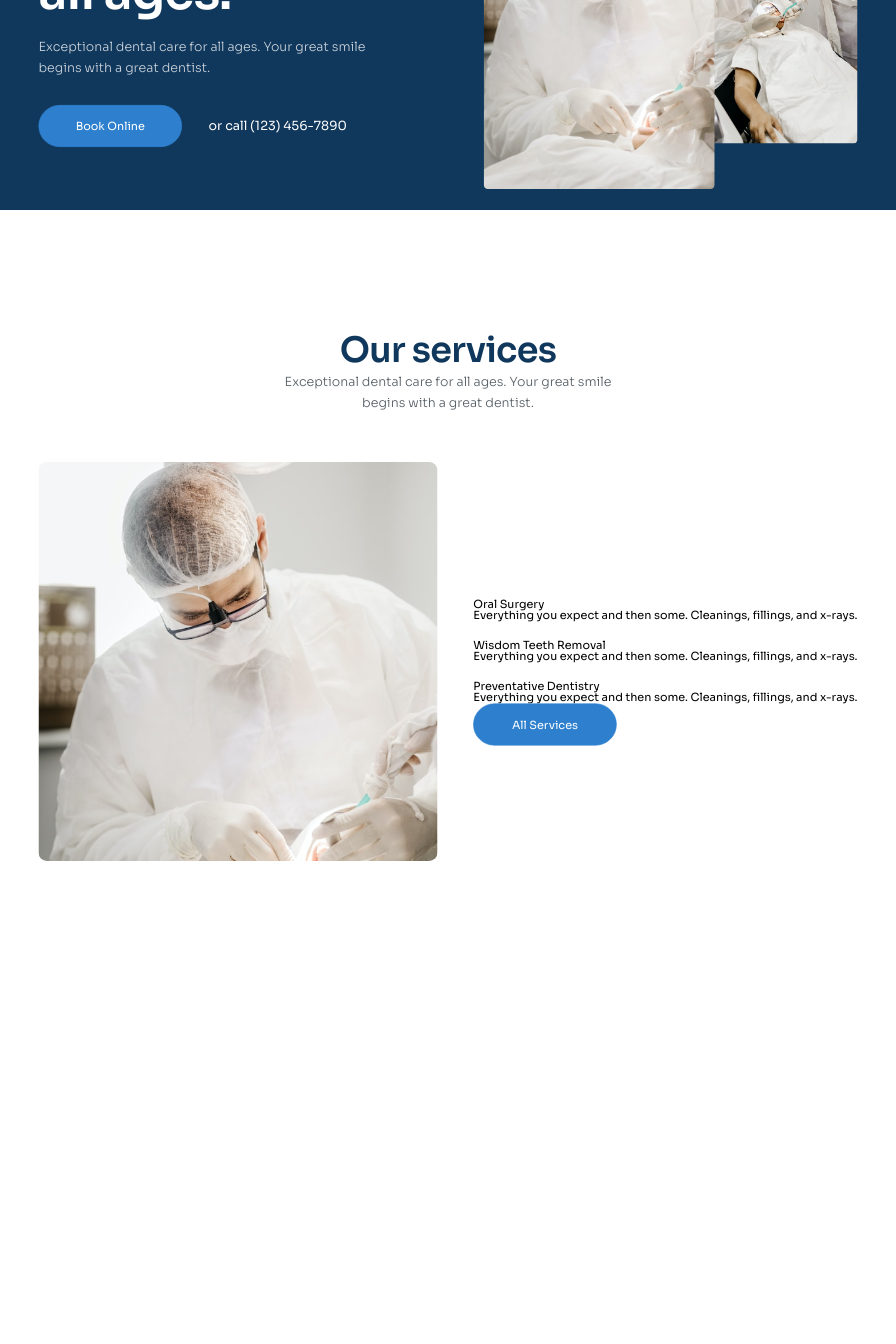
Repository: Tran-Dat/F8_Project_03
Page: index.html
These files come from the project's save history. The page is drawn as it stood at one moment and after the next save; the edit follows.
The browser window is 1280 px wide. The pictures show the part of the page from y = 420 to 2340 px (the page is 3720 px tall), at 70% of full size.

Above is the page before, as saved 2023-04-03 15:08:15.

### index.html
<!DOCTYPE html>
<html lang="en">
    <head>
        <meta charset="UTF-8" />
        <meta http-equiv="X-UA-Compatible" content="IE=edge" />
        <meta name="viewport" content="width=device-width, initial-scale=1.0" />
        <title>shine smile</title>

        <!-- Favicon -->
        <link rel="apple-touch-icon" sizes="57x57" href="./assets/favicon/" />
        <link
            rel="apple-touch-icon"
            sizes="60x60"
            href="./assets/favicon/apple-icon-60x60.png"
        />
        <link
            rel="apple-touch-icon"
            sizes="72x72"
            href="./assets/favicon/apple-icon-72x72.png"
        />
        <link
            rel="apple-touch-icon"
            sizes="76x76"
            href="./assets/favicon/apple-icon-76x76.png"
        />
        <link
            rel="apple-touch-icon"
            sizes="114x114"
            href="./assets/favicon/apple-icon-114x114.png"
        />
        <link
            rel="apple-touch-icon"
            sizes="120x120"
            href="./assets/favicon/apple-icon-120x120.png"
        />
        <link
            rel="apple-touch-icon"
            sizes="144x144"
            href="./assets/favicon/apple-icon-144x144.png"
        />
        <link
            rel="apple-touch-icon"
            sizes="152x152"
            href="./assets/favicon/apple-icon-152x152.png"
        />
        <link
            rel="apple-touch-icon"
            sizes="180x180"
            href="./assets/favicon/apple-icon-180x180.png"
        />
        <link
            rel="icon"
            type="image/png"
            sizes="192x192"
            href="./assets/favicon/android-icon-192x192.png"
        />
        <link
            rel="icon"
            type="image/png"
            sizes="32x32"
            href="./assets/favicon/favicon-32x32.png"
        />
        <link
            rel="icon"
            type="image/png"
            sizes="96x96"
            href="./assets/favicon/favicon-96x96.png"
        />
        <link
            rel="icon"
            type="image/png"
            sizes="16x16"
            href="./assets/favicon/favicon-16x16.png"
        />
        <link rel="manifest" href="./assets/favicon/manifest.json" />
        <meta name="msapplication-TileColor" content="#ffffff" />
        <meta
            name="msapplication-TileImage"
            content="./assets/favicon/ms-icon-144x144.png"
        />
        <meta name="theme-color" content="#ffffff" />

        <!-- Emmet Fonts -->
        <link rel="preconnect" href="https://fonts.googleapis.com" />
        <link rel="preconnect" href="https://fonts.gstatic.com" crossorigin />
        <link
            href="https://fonts.googleapis.com/css2?family=Sora:wght@300;400;500;600;700;800&display=swap"
            rel="stylesheet"
        />

        <!-- Reset Css -->
        <link rel="stylesheet" href="./assets/css/reset.css" />
        <link rel="stylesheet" href="./assets/css/style.css" />
    </head>
    <body>
        <!-- Header -->
        <header class="header">
            <div class="container">
                <!-- Header top -->
                <div class="header-top">
                    <!-- Logo -->
                    <a href="/">
                        <div class="logo">
                            <span class="logo__circle"> </span>
                            <span class="logo__text">
                                <span class="logo__brand">Shine</span>
                                <span class="logo__brand logo__brand--small">
                                    smile
                                </span>
                            </span>
                        </div>
                    </a>

                    <!-- NavBar -->
                    <nav class="navbar">
                        <ul class="navbar__list">
                            <li class="navbar__item">
                                <a
                                    href="#!"
                                    class="navbar__link navbar__item--active"
                                >
                                    Home
                                </a>
                            </li>
                            <li class="navbar__item">
                                <a href="#!" class="navbar__link">Services</a>
                            </li>
                            <li class="navbar__item">
                                <a href="#!" class="navbar__link">About</a>
                            </li>
                            <li class="navbar__item">
                                <a href="#!" class="navbar__link">Doctors</a>
                            </li>
                        </ul>
                    </nav>

                    <!-- Action -->
                    <div class="header-action">
                        <a href="" class="header-action__login">Log In</a>
                        <button href="" class="btn header-action__signup">
                            Sign Up
                        </button>
                    </div>
                </div>

                <!-- Hero -->
                <section class="hero">
                    <!-- Hero content -->
                    <section class="hero__content">
                        <h1 class="hero__heading">
                            Exceptional dental care for all ages.
                        </h1>
                        <p class="hero__desc">
                            Exceptional dental care for all ages. Your great
                            smile begins with a great dentist.
                        </p>
                        <div class="hero__row">
                            <a href="" class="btn">Book Online</a>
                            <span class="hero__phone"
                                >or call (123) 456-7890</span
                            >
                        </div>
                    </section>

                    <!-- Hero media -->
                    <div class="hero__media">
                        <figure class="hero__images">
                            <img
                                src="./assets/img/hero-01.jpg"
                                alt=""
                                class="hero__img"
                            />
                            <img
                                src="./assets/img/hero-02.jpg"
                                alt=""
                                class="hero__img"
                            />
                        </figure>
                    </div>
                </section>
            </div>
        </header>

        <main style="height: 3000px">
            <section class="service">
                <div class="container">
                    <h2 class="service__heading section-heading">
                        Our services
                    </h2>
                    <p class="service__desc section-desc">
                        Exceptional dental care for all ages. Your great smile
                        begins with a great dentist.
                    </p>

                    <div class="service__row">
                        <figure>
                            <img
                                src="./assets/img/hero-01.jpg"
                                alt=""
                                class="service__img"
                            />
                        </figure>

                        <div>
                            <!-- Service List -->
                            <div class="service__list">
                                <!-- Service item 1 -->
                                <section class="service-item">
                                    <div class="service-item__icon-wrap">
                                        <!-- icon -->
                                        <svg
                                            class="service-item__icon"
                                            width="22"
                                            height="24"
                                            viewBox="0 0 22 24"
                                            fill="none"
                                            xmlns="http://www.w3.org/2000/svg"
                                        >
                                            <path
                                                d="M20.3598 2.63964C17.9506 -0.556131 14.2772 -0.568132 11.2481 1.10682C11.001 1.24657 10.7219 1.31411 10.4406 1.30222C10.1592 1.29033 9.88633 1.19945 9.65105 1.03931C8.49552 0.245717 7.29036 -0.316477 5.13904 0.207462C0.623408 1.3071 0 4.90379 0 8.99816C0.0797353 12.1602 0.500857 15.3032 1.25551 18.3683C2.11836 22.0168 3.90382 24 5.43354 24C6.96326 24 7.00963 22.2204 7.00963 20.8016C7.00963 19.2009 7.39505 14.8009 10.8642 14.8009C13.5317 14.8009 14.3333 18.4013 14.3333 20.8016C14.3329 23.095 15.1722 24 16.6628 24C19.5267 24 20.9796 15.3938 21.3719 13.1237C21.7642 10.8535 22.9882 6.12569 20.3598 2.63964Z"
                                                fill="white"
                                            />
                                        </svg>
                                    </div>

                                    <div class="service-item__body">
                                        <h3 class="service-item__heading">
                                            Oral Surgery
                                        </h3>
                                        <p class="service-item__desc">
                                            Everything you expect and then some.
                                            Cleanings, fillings, and x-rays.
                                        </p>
                                    </div>
                                </section>

                                <!-- Service item 2 -->
                                <section class="service-item">
                                    <div class="service-item__icon-wrap">
                                        <!-- icon -->
                                        <svg
                                            class="service-item__icon"
                                            width="22"
                                            height="24"
                                            viewBox="0 0 22 24"
                                            fill="none"
                                            xmlns="http://www.w3.org/2000/svg"
                                        >
                                            <path
                                                d="M20.3598 2.63964C17.9506 -0.556131 14.2772 -0.568132 11.2481 1.10682C11.001 1.24657 10.7219 1.31411 10.4406 1.30222C10.1592 1.29033 9.88633 1.19945 9.65105 1.03931C8.49552 0.245717 7.29036 -0.316477 5.13904 0.207462C0.623408 1.3071 0 4.90379 0 8.99816C0.0797353 12.1602 0.500857 15.3032 1.25551 18.3683C2.11836 22.0168 3.90382 24 5.43354 24C6.96326 24 7.00963 22.2204 7.00963 20.8016C7.00963 19.2009 7.39505 14.8009 10.8642 14.8009C13.5317 14.8009 14.3333 18.4013 14.3333 20.8016C14.3329 23.095 15.1722 24 16.6628 24C19.5267 24 20.9796 15.3938 21.3719 13.1237C21.7642 10.8535 22.9882 6.12569 20.3598 2.63964Z"
                                                fill="white"
                                            />
                                        </svg>
                                    </div>

                                    <div class="service-item__body">
                                        <h3 class="service-item__heading">
                                            Wisdom Teeth Removal
                                        </h3>
                                        <p class="service-item__desc">
                                            Everything you expect and then some.
                                            Cleanings, fillings, and x-rays.
                                        </p>
                                    </div>
                                </section>

                                <!-- Service item 3 -->
                                <section class="service-item">
                                    <div class="service-item__icon-wrap">
                                        <!-- icon -->
                                        <svg
                                            class="service-item__icon"
                                            width="22"
                                            height="24"
                                            viewBox="0 0 22 24"
                                            fill="none"
                                            xmlns="http://www.w3.org/2000/svg"
                                        >
                                            <path
                                                d="M20.3598 2.63964C17.9506 -0.556131 14.2772 -0.568132 11.2481 1.10682C11.001 1.24657 10.7219 1.31411 10.4406 1.30222C10.1592 1.29033 9.88633 1.19945 9.65105 1.03931C8.49552 0.245717 7.29036 -0.316477 5.13904 0.207462C0.623408 1.3071 0 4.90379 0 8.99816C0.0797353 12.1602 0.500857 15.3032 1.25551 18.3683C2.11836 22.0168 3.90382 24 5.43354 24C6.96326 24 7.00963 22.2204 7.00963 20.8016C7.00963 19.2009 7.39505 14.8009 10.8642 14.8009C13.5317 14.8009 14.3333 18.4013 14.3333 20.8016C14.3329 23.095 15.1722 24 16.6628 24C19.5267 24 20.9796 15.3938 21.3719 13.1237C21.7642 10.8535 22.9882 6.12569 20.3598 2.63964Z"
                                                fill="white"
                                            />
                                        </svg>
                                    </div>

                                    <div class="service-item__body">
                                        <h3 class="service-item__heading">
                                            Preventative Dentistry
                                        </h3>
                                        <p class="service-item__desc">
                                            Everything you expect and then some.
                                            Cleanings, fillings, and x-rays.
                                        </p>
                                    </div>
                                </section>
                            </div>

                            <a href="" class="btn">All Services</a>
                        </div>
                    </div>
                </div>
            </section>
        </main>
    </body>
</html>

### assets/css/style.css
* {
    box-sizing: border-box;
}

:root {
    --header-bg: #10375c;
}

html {
    font-size: 62.5%;
}

body {
    font-size: 1.6rem;
    font-family: "Sora", sans-serif;
}

/* ================================================================ Common ================================================================ */

.btn {
    --height: 60px;

    display: inline-block;
    min-width: 205px;
    height: var(--height);
    padding: 0 20px;
    border-radius: 99px;
    border: 1px solid #2e80ce;
    font-size: 1.6rem;
    font-weight: 400;
    text-align: center;
    line-height: var(--height);
    color: #fff;
    background: #2e80ce;
}

.btn:hover {
    opacity: 0.9;
    cursor: pointer;
}

a {
    text-decoration: none;
}

.container {
    width: 1170px;
    max-width: calc(100% - 48px);
    margin: 0 auto;
}

.section-heading {
    font-weight: 600;
    font-size: 5rem;
    line-height: 1.2;
    letter-spacing: -0.02em;
    color: #10375c;
}

.section-desc {
    font-weight: 300;
    font-size: 1.8rem;
    line-height: 1.67;
    color: #575f66;
}

/* ================================================================ Header ================================================================ */

.header {
    min-height: 100vh;
    background: var(--header-bg);
    padding-top: 30px;
}

.header-top {
    display: flex;
    justify-content: space-between;
    align-items: center;
}

.logo {
    display: inline-flex;
    position: relative;
    font-size: 1rem;
}

.logo__circle::before,
.logo__circle::after {
    content: "";
    display: inline-block;
    border-radius: 50%;
}

.logo__circle::before {
    width: 3em;
    height: 3em;
    background: #2e80ce;
}

.logo__circle::after {
    position: absolute;
    top: 1.1em;
    left: 1.1em;
    width: 1.6em;
    height: 1.6em;
    background: #fff;
}

.logo__text {
    margin-left: 0.6em;
    text-align: right;
    line-height: 1.6em;
}

.logo__brand {
    display: block;
    font-size: 1.8em;
    font-weight: 400;
    color: #fff;
}

.logo__brand--small {
    font-size: 1.2em;
    font-weight: 300;
}

.navbar__list {
    display: flex;
}

.header-action__login,
.navbar__link {
    padding: 4px 21px;
    font-weight: 300;
    font-size: 1.6rem;
    line-height: 1.75;
    color: #c9d2da;
}

.navbar__link:hover,
.navbar__item--active {
    text-shadow: 1px 0 0 currentColor;
    color: #fff;
}

.navbar__item--active::before {
    position: relative;
    left: -8px;
    top: -2px;
    content: "";
    display: inline-block;
    width: 6px;
    height: 6px;
    border-radius: 50%;
    background-color: #fff;
}

.header-action {
    display: flex;
    align-items: center;
}

.header-action__login {
    margin-right: 7px;
}

.header-action__signup {
    --height: 44px;
    height: var(--height);
    min-width: 104px;
}

/* ========================================== Hero =========================================== */

.hero {
    margin-top: 76px;
    display: flex;
    align-items: center;
}

/*           Hero content             */
.hero__content {
    flex-shrink: 0;
    width: 44%;
}

.hero__heading {
    font-weight: 600;
    font-size: 7rem;
    line-height: 1.14;
    letter-spacing: -0.02em;
    color: #ffffff;
}

.hero__desc {
    margin-top: 22px;
    font-weight: 300;
    font-size: 1.8rem;
    line-height: 1.67;
    color: #c9d2da;
}

.hero__row {
    display: flex;
    align-items: center;
    margin-top: 38px;
}

.hero__phone {
    margin-left: 38px;
    font-size: 1.8rem;
    line-height: 1.67;
    color: #ffffff;
}

/*           Hero media             */
.hero__media {
    flex-grow: 1;
}

.hero__images {
    display: flex;
    justify-content: flex-end;
    align-items: center;
}

.hero__img {
    width: 330px;
    height: 540px;
    border-radius: 6px;
    object-fit: cover;
}

.hero__img:first-child {
    position: relative;
    margin-right: -6px;
}

.hero__img:last-child {
    width: 210px;
    height: 410px;
}

/* ================================================================ Service ================================================================ */

.service {
    padding: 170px 0;
}

.service__heading,
.service__desc {
    text-align: center;
}

.service__desc {
    max-width: 468px;
    margin-left: auto;
    margin-right: auto;
}

.service__row {
    display: flex;
    justify-content: space-between;
    align-items: center;
    margin-top: 70px;
}

.service__img {
    height: 570px;
    width: 570px;
    object-fit: cover;
    border-radius: 12px;
}

Loaded but not shown: assets/css/reset.css (common file)

After the next save:
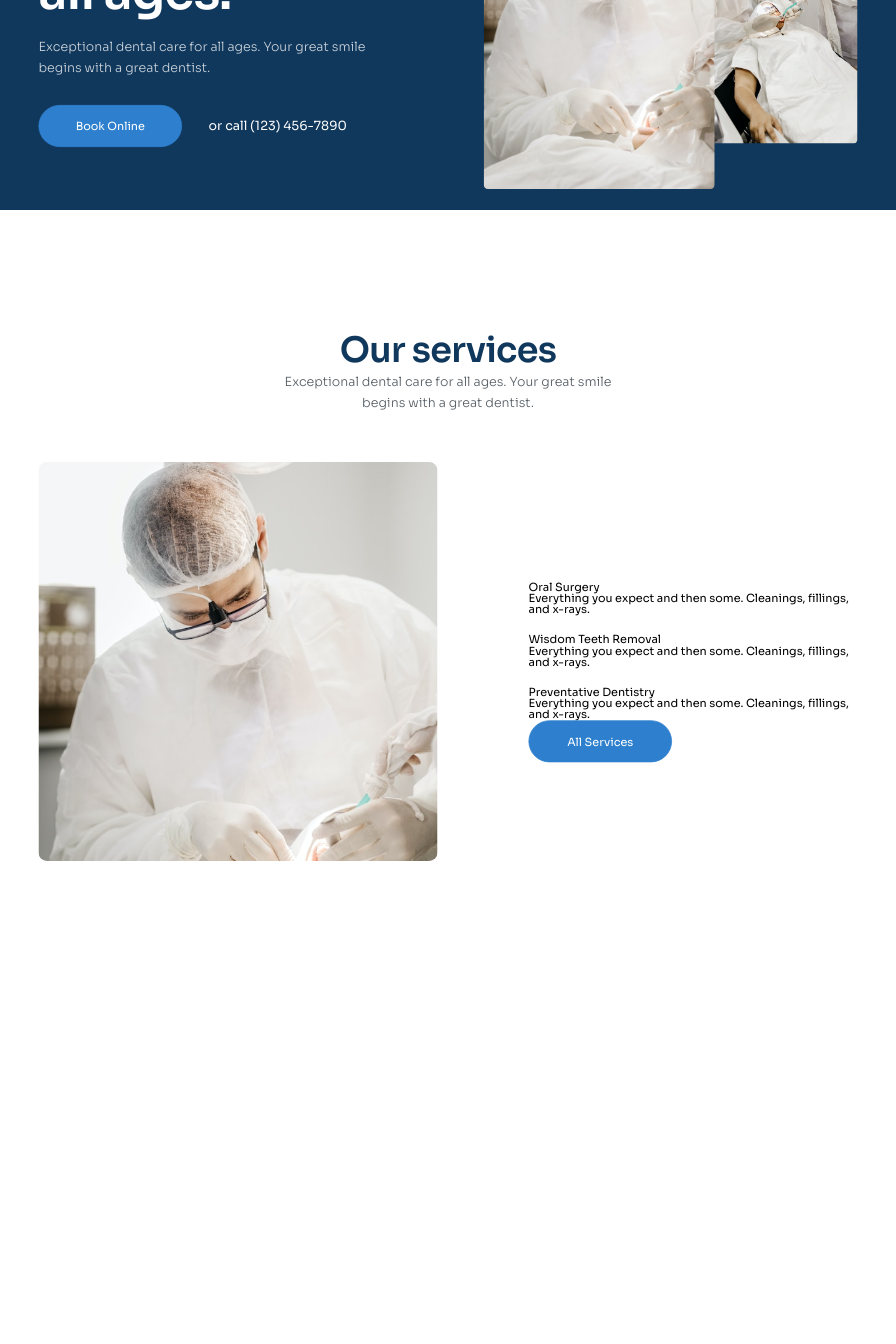
Saved 92 s later.
--- a/assets/css/style.css
+++ b/assets/css/style.css
@@ -271,3 +271,10 @@
     object-fit: cover;
     border-radius: 12px;
 }
+
+/*            service item            */
+.service-item {
+    width: 470px;
+    background: #ffffff;
+    border-radius: 10px;
+}
